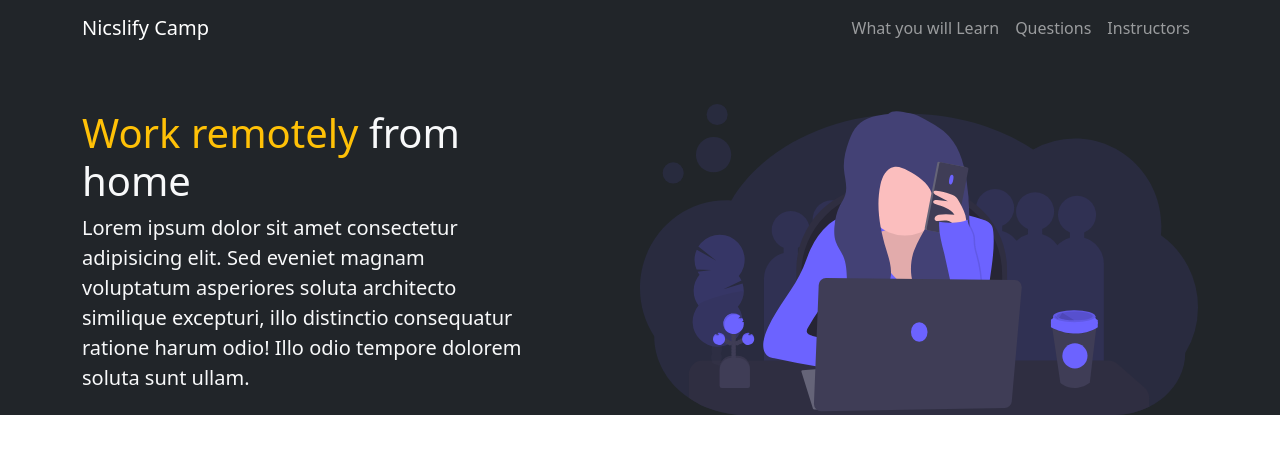
Repository: Eugene44-hub/enrollment-site
Page: index.html
An editor plug-in stored every save of this project. The page is shown before and after the next save, followed by the edit.
The browser window is 1280 px wide. The pictures show the whole page.

Above is the page before, as saved 2021-10-19 18:06:41.

### index.html
<!DOCTYPE html>
<html lang="en">

<head>
    <meta charset="UTF-8">
    <meta http-equiv="X-UA-Compatible" content="IE=edge">
    <meta name="viewport" content="width=device-width, initial-scale=1.0">
    <!-- CSS only -->
    <link href="https://cdn.jsdelivr.net/npm/bootstrap@5.1.3/dist/css/bootstrap.min.css" rel="stylesheet" integrity="sha384-1BmE4kWBq78iYhFldvKuhfTAU6auU8tT94WrHftjDbrCEXSU1oBoqyl2QvZ6jIW3" crossorigin="anonymous">
    <link rel="stylesheet" href="style.css">
    <title>Bootstrap webpage</title>
</head>

<body>
    <!-- nav bar starts -->
    <nav class="navbar navbar-expand-md bg-dark navbar-dark">
        <div class="container">
            <a href="" class="navbar-brand">Nicslify Camp</a>

            <button class="navbar-toggler" type="button" data-bs-toggle='collapse' data-bs-target="#navmenu">
              <span class="navbar-toggler-icon"></span>
            </button>

            <div class="collapse navbar-collapse" id="navmenu">
                <ul class="navbar-nav ms-auto text-sm-center">
                    <li class="nav-item">
                        <a href="#" class="nav-link">What you will Learn</a>
                    </li>
                    <li class="nav-item">
                        <a href="#" class="nav-link">Questions</a>
                    </li>
                    <li class="nav-item">
                        <a href="#" class="nav-link">Instructors</a>
                    </li>
                </ul>
            </div>
        </div>
    </nav>
    <!-- nav bar ends -->


    <!-- showCase starts -->
    <section class="bg-dark text-light text-center text-sm-start">
        <div class="container">
            <div class="d-md-flex pt-5 align-items-center justify-content-between">
                <div style="width: 40%;">
                    <div class="h1"><span class="text-warning">Work remotely</span> from home</div>
                    <p class="lead">Lorem ipsum dolor sit amet consectetur adipisicing elit. Sed eveniet magnam voluptatum asperiores soluta architecto similique excepturi, illo distinctio consequatur ratione harum odio! Illo odio tempore dolorem soluta sunt ullam.</p>
                </div>
                <img src="undraw_working_remotely_jh40.svg" class="image-fluid w-50 d-none d-sm-block" alt="">
            </div>
        </div>
    </section>
    <!-- showCase ends -->


</body>
<!-- JavaScript Bundle with Popper -->
<script src="https://cdn.jsdelivr.net/npm/bootstrap@5.1.3/dist/js/bootstrap.bundle.min.js" integrity="sha384-ka7Sk0Gln4gmtz2MlQnikT1wXgYsOg+OMhuP+IlRH9sENBO0LRn5q+8nbTov4+1p" crossorigin="anonymous"></script>

</html>

Loaded but not shown: style.css (common file)

After the next save:
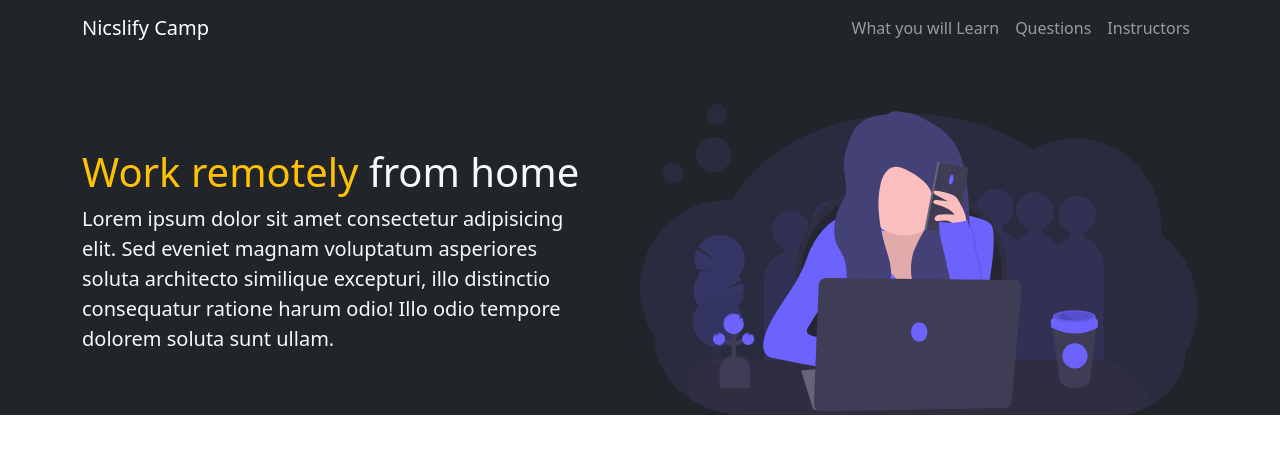
Saved 25 s later.
--- a/index.html
+++ b/index.html
@@ -43,7 +43,7 @@
     <section class="bg-dark text-light text-center text-sm-start">
         <div class="container">
             <div class="d-md-flex pt-5 align-items-center justify-content-between">
-                <div style="width: 40%;">
+                <div style="width: 45%;">
                     <div class="h1"><span class="text-warning">Work remotely</span> from home</div>
                     <p class="lead">Lorem ipsum dolor sit amet consectetur adipisicing elit. Sed eveniet magnam voluptatum asperiores soluta architecto similique excepturi, illo distinctio consequatur ratione harum odio! Illo odio tempore dolorem soluta sunt ullam.</p>
                 </div>
